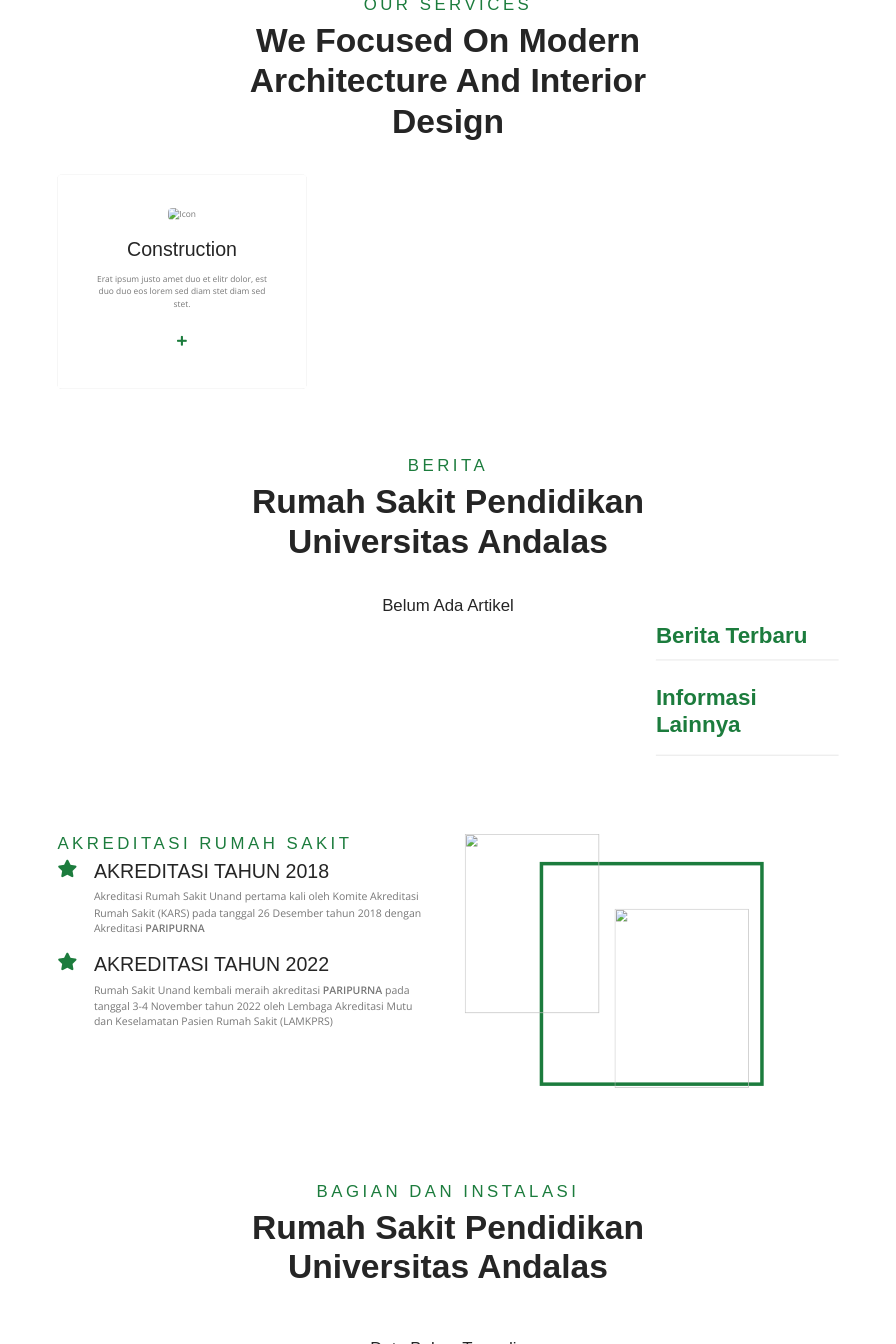
Repository: vivin-erialis/rsunand-site
Page: http://localhost/
These files come from the project's save history. The page is drawn as it stood at one moment and after the next save; the edit follows.
The browser window is 1280 px wide. The pictures show the part of the page from y = 565 to 2485 px (the page is 3770 px tall before and 4114 px after), at 70% of full size.
Some web fonts or font styles are not loaded; a fallback is used. Some web libraries are served in a nearby version. The page is served by the project's Laravel application, run on PHP 8.4 with Laravel 12. Queries for data that is not in the repository find no rows.

Above is the page before, as saved 2024-06-10 08:26:47.
Console error: TypeError: Cannot read properties of undefined (reading 'version')

After the next save:
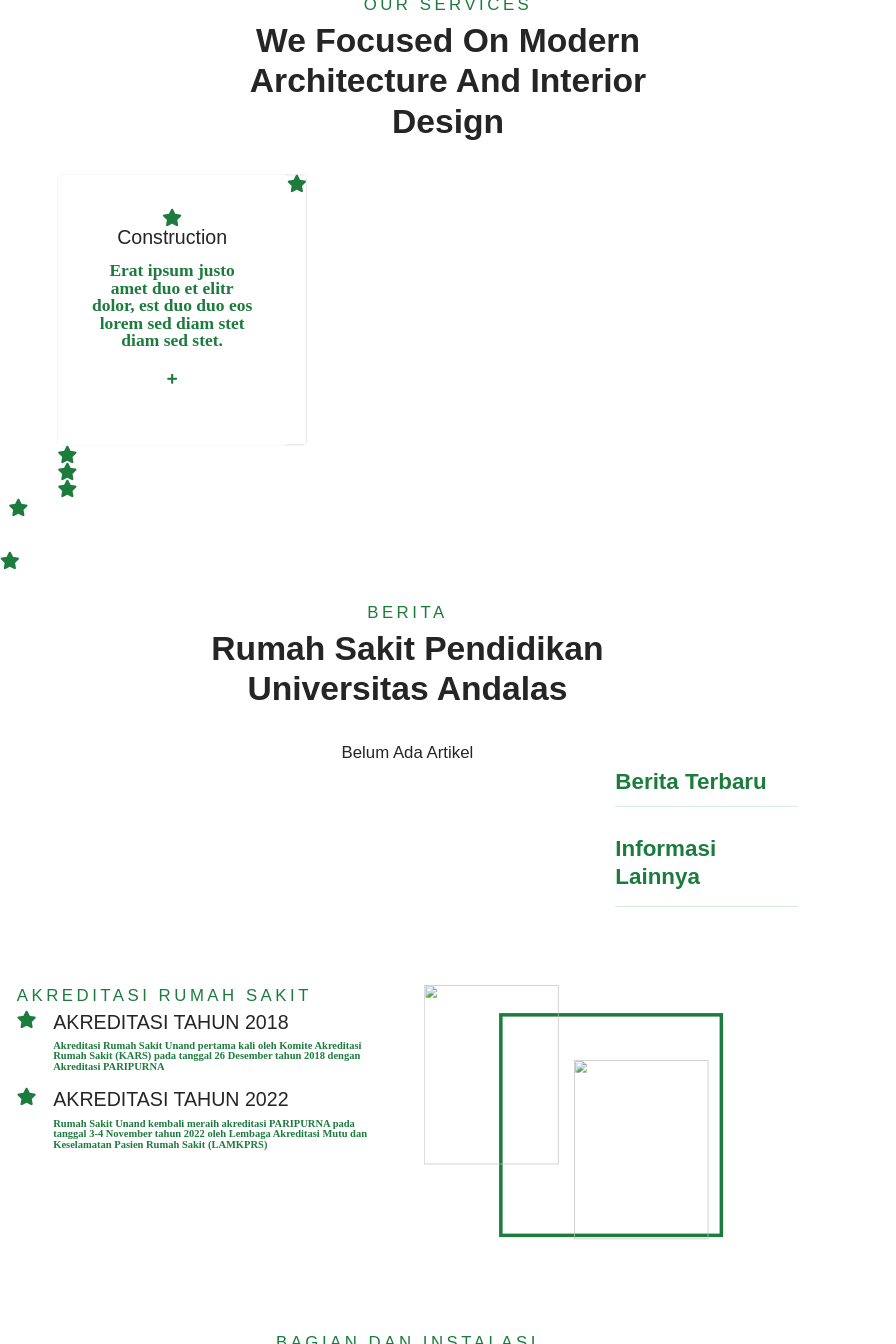
Saved 43 s later.
--- a/resources/views/Frontend/home.blade.php
+++ b/resources/views/Frontend/home.blade.php
@@ -122,8 +122,8 @@
                     <div class="service-item d-flex position-relative text-center h-100">
                         <img class="bg-img" src="img/service-6.jpg" alt="">
                         <div class="service-text p-5">
-                            <img class="mb-4" src="img/icons/icon-10.png" alt="Icon">
-                            <h3 class="mb-3">Construction</h3>
+                            <i class="fa fa-star flex-shrink-0" style="color: #1C7C3D; font-size: 25px">
+                                <h3 class="mb-3">Construction</h3>
                             <p class="mb-4">Erat ipsum justo amet duo et elitr dolor, est duo duo eos lorem sed diam stet diam sed stet.</p>
                             <a class="btn" href=""><i class="fa fa-plus text-primary me-3"></i>Read More</a>
                         </div>
